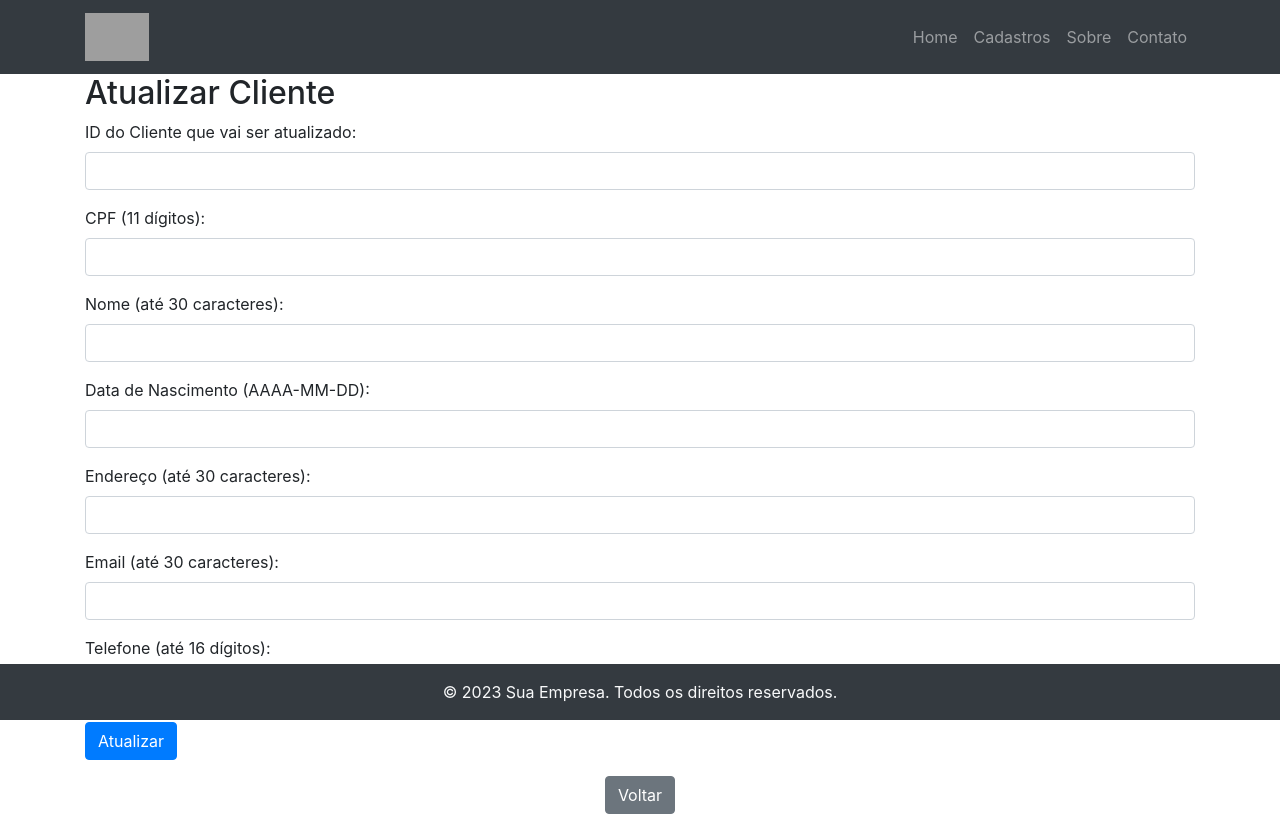
Repository: hagartelles/serveletProject
Page: http://localhost/BeltourServerlet/UpdateClient.jsp
These files come from the project's save history. The page is drawn as it stood at one moment and after the next save; the edit follows.
The browser window is 1280 px wide. The pictures show the whole page.
Pictures or frames that could not be fetched are drawn as grey boxes. The page is served by Tomcat 9.

Above is the page before, as saved 2023-11-06 02:32:34.

After the next save:
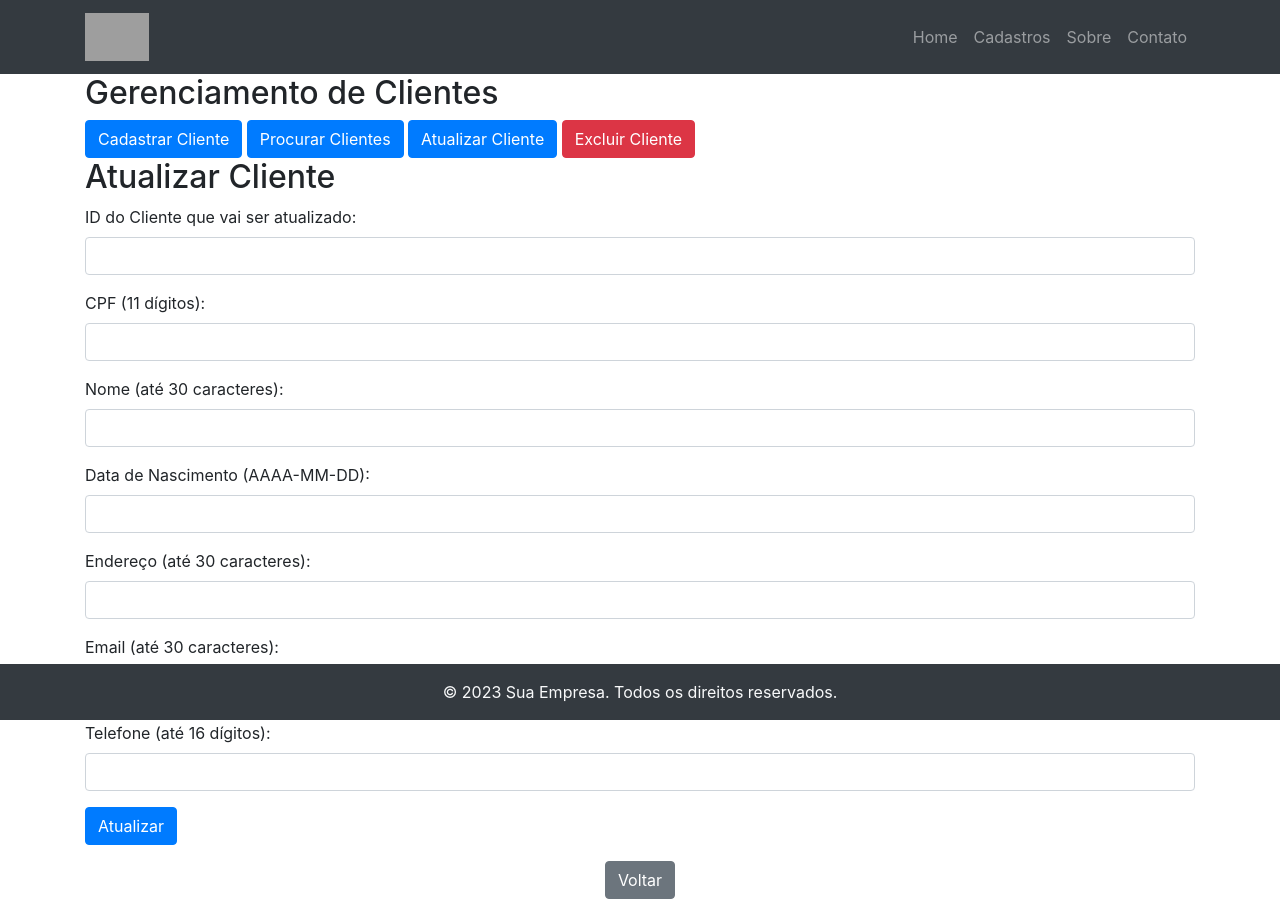
Saved 40 s later.
--- a/BeltourServerlet/src/main/webapp/UpdateClient.jsp
+++ b/BeltourServerlet/src/main/webapp/UpdateClient.jsp
@@ -35,6 +35,18 @@
             </div>
         </nav>
     </header>
+
+    <div class="container">
+	    <h2>Gerenciamento de Clientes</h2>
+
+	    <!-- Formulário para Ações de Cliente -->
+		<form id="cliente-form">
+		  <a href="CreateClient.jsp" class="btn btn-primary" name="cadastrar">Cadastrar Cliente</a>
+		  <a href="ReadClients.jsp" class="btn btn-primary" name="procurar">Procurar Clientes</a>
+		  <a href="UpdateClient.jsp" class="btn btn-primary" name="atualizar">Atualizar Cliente</a>
+		  <a href="DeleteClient.jsp" class="btn btn-danger" name="excluir">Excluir Cliente</a>
+		</form>
+  	</div>
 
     <!-- Corpo da Página -->
     <div class="container">
